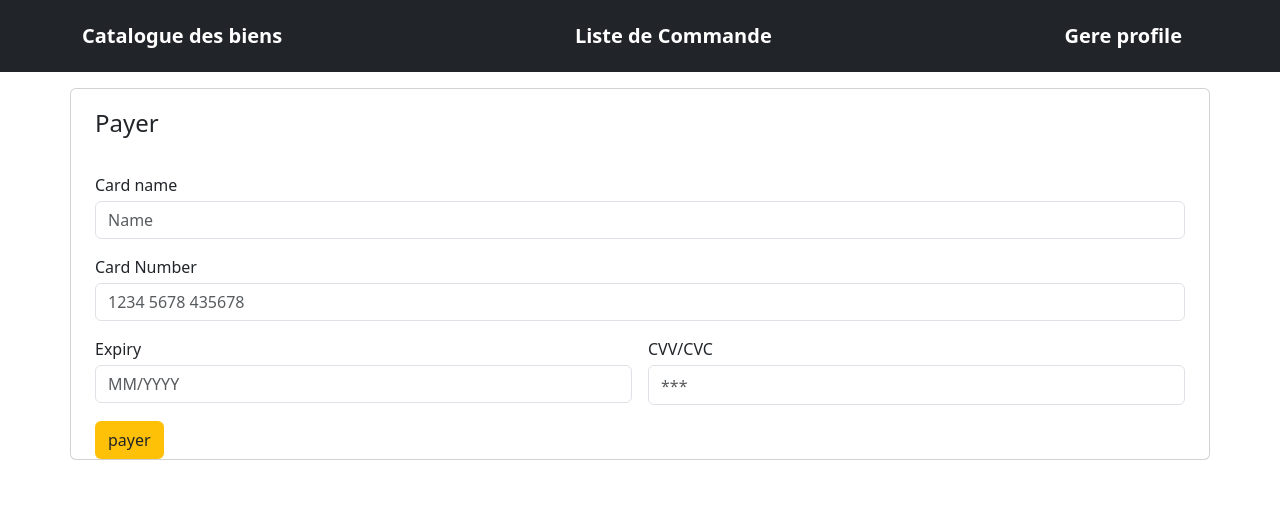
Repository: Jihad2909/Jakarta_Project_Agence_Location
Page: http://localhost/agence_location/payment
These files come from the project's save history. The page is drawn as it stood at one moment and after the next save; the edit follows.
The browser window is 1280 px wide. The pictures show the whole page.
The page is served by Tomcat 10. Other server files are loaded and not shown.

Above is the page before, as saved 2024-04-25 13:46:50.

### agence_location/src/main/webapp/WEB-INF/Views/payment.jsp
<%@ page language="java" contentType="text/html; charset=UTF-8"
    pageEncoding="UTF-8"%>
<!DOCTYPE html>
<html>
<head>
<meta charset="UTF-8">
<title>Insert title here</title>
    <link href="https://cdn.jsdelivr.net/npm/bootstrap@5.3.3/dist/css/bootstrap.min.css" rel="stylesheet" integrity="sha384-QWTKZyjpPEjISv5WaRU9OFeRpok6YctnYmDr5pNlyT2bRjXh0JMhjY6hW+ALEwIH" crossorigin="anonymous">

</head>
<body>
 <header>
      <div class="navbar p-3 navbar-dark bg-dark box-shadow">
        <div class="container d-flex justify-content-between">
          <a href="cata" class="navbar-brand d-flex align-items-left">
            <strong>Catalogue des biens</strong>
          </a>
          <a href="affichecommande" class="navbar-brand d-flex align-items-right">
            <strong>Liste de Commande</strong>
          </a>
          <a href="profile" class="navbar-brand d-flex align-items-right">
            <strong>Gere profile</strong>
          </a>
        </div>
      </div>
    </header>

	<div class="container p-0 mt-3">
        <div class="card px-4">
            <p class="h8 py-3 fs-4">Payer</p>
            <div class="row gx-3">
                <div class="col-12">
                    <div class="d-flex flex-column">
                        <p class="text mb-1">Card name</p>
                        <input class="form-control mb-3" type="text" placeholder="Name" required>
                    </div>
                </div>
                <div class="col-12">
                    <div class="d-flex flex-column">
                        <p class="text mb-1">Card Number</p>
                        <input class="form-control mb-3" type="text" placeholder="1234 5678 435678"required>
                    </div>
                </div>
                <div class="col-6">
                    <div class="d-flex flex-column">
                        <p class="text mb-1">Expiry</p>
                        <input class="form-control mb-3" type="text" placeholder="MM/YYYY" required>
                    </div>
                </div>
                <div class="col-6">
                    <div class="d-flex flex-column">
                        <p class="text mb-1">CVV/CVC</p>
                        <input class="form-control mb-3 pt-2 " type="password" placeholder="***" required>
                    </div>
                </div>
                <div class="col-12">
                    <button class="btn bg-warning">payer</button>
                </div>
            </div>
        </div>
    </div>


</body>
</html>

### agence_location/src/main/java/Controllers/AffichePayment.java
package Controllers;

import jakarta.servlet.ServletException;
import jakarta.servlet.annotation.WebServlet;
import jakarta.servlet.http.HttpServlet;
import jakarta.servlet.http.HttpServletRequest;
import jakarta.servlet.http.HttpServletResponse;
import java.io.IOException;

@WebServlet("/payment")
public class AffichePayment extends HttpServlet {
	private static final long serialVersionUID = 1L;

    /**
     * @see HttpServlet#HttpServlet()
     */
    public AffichePayment() {
        super();
        // TODO Auto-generated constructor stub
    }


	protected void doGet(HttpServletRequest request, HttpServletResponse response) throws ServletException, IOException {
		request.getRequestDispatcher("/WEB-INF/Views/payment.jsp").forward(request, response);
	}

	/**
	 * @see HttpServlet#doPost(HttpServletRequest request, HttpServletResponse response)
	 */
	protected void doPost(HttpServletRequest request, HttpServletResponse response) throws ServletException, IOException {
		// TODO Auto-generated method stub
		doGet(request, response);
	}

}

After the next save:
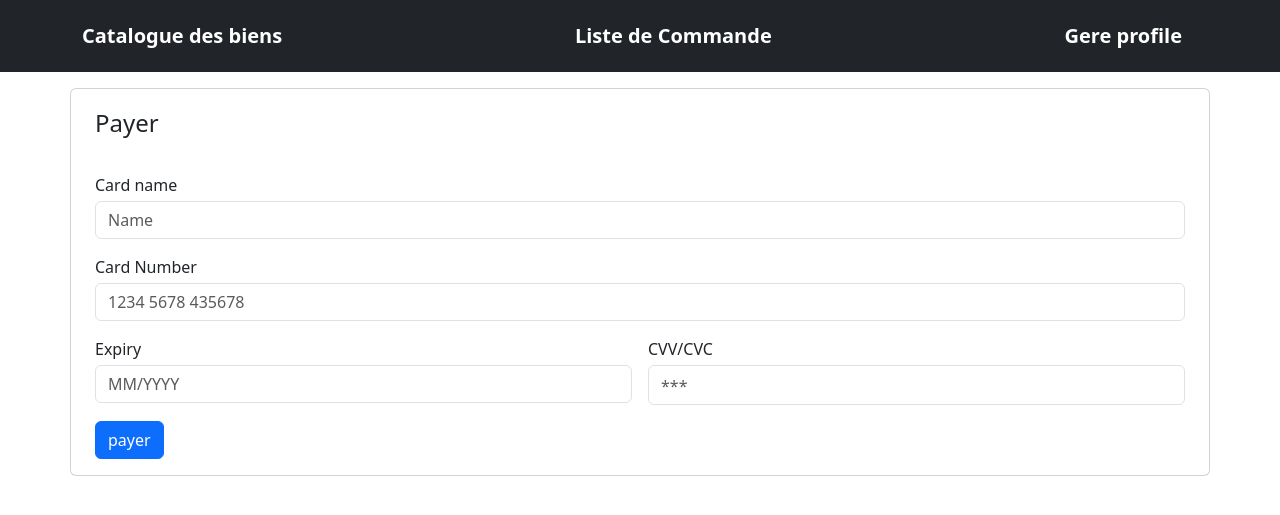
Saved 16 s later.
--- a/agence_location/src/main/webapp/WEB-INF/Views/payment.jsp
+++ b/agence_location/src/main/webapp/WEB-INF/Views/payment.jsp
@@ -54,7 +54,7 @@
                     </div>
                 </div>
                 <div class="col-12">
-                    <button class="btn bg-warning">payer</button>
+                    <button class="btn btn-primary mb-3">payer</button>
                 </div>
             </div>
         </div>
